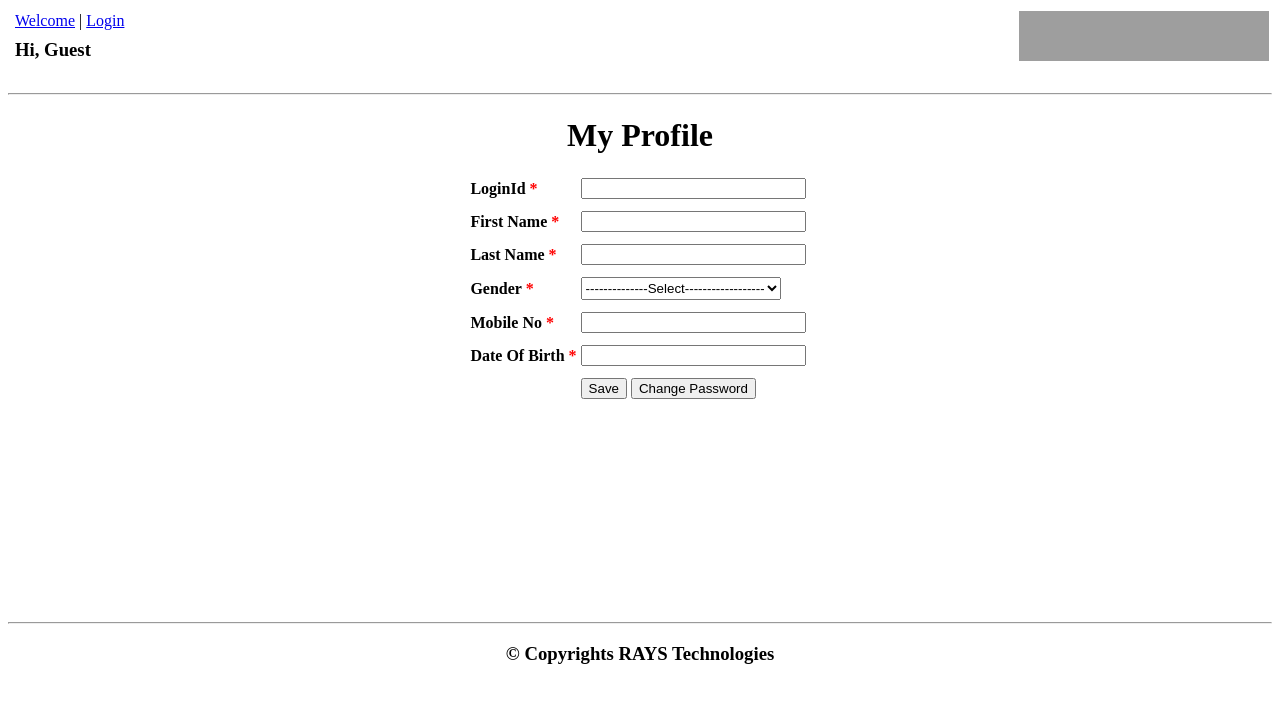
Repository: tanu22s/Project4
Page: http://localhost/ORS_4/jsp/MyProfileView.jsp
These files come from the project's save history. The page is drawn as it stood at one moment and after the next save; the edit follows.
The browser window is 1280 px wide. The pictures show the whole page.
Pictures or frames that could not be fetched are drawn as grey boxes. The page is served by Tomcat 9. Other server files are loaded and not shown.

Above is the page before, as saved 2021-12-02 08:21:07.

### Project04/ORS_4/src/main/webapp/jsp/MyProfileView.jsp
<%@page import="java.util.HashMap"%>
<%@page import="in.co.rays.ors.util.HTMLUtility"%>
<%@page import="in.co.rays.ors.util.DataUtility"%>
<%@page import="in.co.rays.ors.util.ServletUtility"%>
<%@page import="in.co.rays.ors.controller.MyProfileCtl"%>
<%@ page language="java" contentType="text/html; charset=ISO-8859-1"
    pageEncoding="ISO-8859-1"%>
<html>
<head>
<link rel="icon" type="image/png" href="<%=ORSView.APP_CONTEXT%>/img/logo.png" sizes="16*16"/>
<title> My Profile</title>

</head>
<body>
        <jsp:useBean id="bean" class="in.co.rays.ors.bean.UserBean" scope="request"></jsp:useBean>
<form action="<%=ORSView.MY_PROFILE_CTL%>" method="post">

	 <%@ include file="Header.jsp"%>
<center>

            <input type="hidden" name="id" value="<%=bean.getId()%>">
            <input type="hidden" name="createdBy" value="<%=bean.getCreatedBy()%>">
            <input type="hidden" name="modifiedBy" value="<%=bean.getModifiedBy()%>">
            <input type="hidden" name="createdDatetime" value="<%=DataUtility.getTimestamp(bean.getCreatedDatetime())%>">
            <input type="hidden" name="modifiedDatetime" value="<%=DataUtility.getTimestamp(bean.getModifiedDatetime())%>">



     <div align="center">
                <h1>My Profile</h1>
            <H2><font color="red"> <%=ServletUtility.getErrorMessage(request)%></font></H2>
            <H2><font color="green"> <%=ServletUtility.getSuccessMessage(request)%></font></H2>
     </div>
            <table style="font-size: 16px">
                <tr>
                    <th align="left">LoginId <span style="color: red">*</span></th>
                    <td><input type="text" name="login" readonly="readonly" size="25" value="<%=DataUtility.getStringData(bean.getLogin())%>"readonly="readonly"></td>
                   <td style="position: fixed"> <font  color="red"> <%=ServletUtility.getErrorMessage("login", request)%></font></td>
                </tr>

	<tr><th style="padding: 3px"></th></tr>

                <tr>
                    <th align="left" >First Name <span style="color: red">*</span></th>
                    <td><input type="text" name="firstName" size="25"  value="<%=DataUtility.getStringData(bean.getFirstName())%>">
                   </td><td style="position: fixed"> <font color="red"> <%=ServletUtility.getErrorMessage("firstName", request)%></font></td>
                </tr>

    <tr><th style="padding: 3px"></th></tr>
                <tr>
                    <th align="left">Last Name <span style="color: red">*</span></th>
                    <td><input type="text" name="lastName" size="25"  value="<%=DataUtility.getStringData(bean.getLastName())%>">
                   </td><td style="position: fixed"> <font  color="red"> <%=ServletUtility.getErrorMessage("lastName", request)%></font></td>
                </tr>
   <tr><th style="padding: 3px"></th></tr>
                <tr>
                    <th align="left">Gender <span style="color: red">*</span></th>
                    <td>
                        <%
                            HashMap map = new HashMap();
                            map.put("Male", "Male");
                            map.put("Female", "Female");

                        %> <%=HTMLUtility.getList("gender", bean.getGender(),map)%>
                    </td>
                    <td style="position: fixed"> <font  color="red"> <%=ServletUtility.getErrorMessage("gender", request)%></font></td>
                </tr>
    <tr><th style="padding: 3px"></th></tr>
                <tr>
                    <th align="left">Mobile No <span style="color: red">*</span></th>
                    <td><input type="text" name="mobileNo" size="25" maxlength="10" value="<%=DataUtility.getStringData(bean.getMobileNo())%>"></td>

					<td style="position: fixed"><font color="red"> <%=ServletUtility.getErrorMessage("mobileNo", request)%></font></td>
                </tr>
<tr><th style="padding: 3px"></th></tr>
                <tr>
                    <th align="left">Date Of Birth <span style="color: red">*</span></th>
                    <td><input type="text" name="dob" readonly="readonly" size="25" value="<%=DataUtility.getDateString(bean.getDob())%>">

                    </td><td><font style="position: fixed" ; color="red"> <%=ServletUtility.getErrorMessage("dob", request)%></font></td>
                </tr>
   <tr><th style="padding: 3px"></th></tr>
                <tr> <th></th><td colspan="2">

                    <input type="submit" name="operation" value="<%=MyProfileCtl.OP_SAVE %>">

                    <input type="submit" name="operation" value="<%=MyProfileCtl.OP_CHANGE_MY_PASSWORD %>">

                    </td>
                </tr>
            </table>

    </form>
    </center>
    <%@ include file="Footer.jsp"%>
</body>
</html>

### Project04/ORS_4/src/main/webapp/jsp/Header.jsp
<!DOCTYPE html>
<%-- <%@page import="in.co.rays.ors.controller.LoginCtl"%> --%>
<%@ page import ="in.co.rays.ors.controller.LoginCtl" %>
<%@page import="in.co.rays.ors.bean.RoleBean"%>
<%@page import="in.co.rays.ors.bean.UserBean"%>
<%@page import="in.co.rays.ors.controller.ORSView"%>
<%@ page language="java" contentType="text/html; charset=ISO-8859-1"
    pageEncoding="ISO-8859-1"%>
<html>
<HEAD>
	<style>
	form{ height:85%!important;}

	</style>
</HEAD>
<body >
	<%
    UserBean userBean = (UserBean)session.getAttribute("user");
    boolean userLoggedIn = userBean != null;
    String welcomeMsg = "Hi, ";
    if (userLoggedIn) {
        String role = (String)session.getAttribute("role");
        welcomeMsg += userBean.getFirstName() + " (" + role + ")";
    } else {
        welcomeMsg += "Guest";
    }
	%>

<table >
    <tr ><th></th>
       <td width="90%" >
       <a href="<%=ORSView.WELCOME_CTL%>">Welcome</b></a> |
            	<%
            		if (userLoggedIn) {
      		 	 %>
       <a href=" <%=ORSView.LOGIN_CTL%>?operation=<%=LoginCtl.OP_LOG_OUT%>">Logout</b></a>

            <%
                } else {
            %>
            <a href="<%=ORSView.LOGIN_CTL%>">Login</b></a>
            <%
  			   }
			 %>
 		</td>
        <td rowspan="2" >
            <h1 align="right" >
                <img src= "<%=ORSView.APP_CONTEXT %>/img/Logo.jpg"  width="250" height="50">
            </h1>
        </td>
    </tr>

    <tr><th></th>
      <td>
        <h3><%=welcomeMsg%></h3>
      </td>
    </tr>

    <%
        if (userLoggedIn) {
    %>

    <tr><th></th>
        <td colspan="2" >
        <font style="font-size: 18px">

        <a href="<%=ORSView.MY_PROFILE_CTL%>">MyProfile</b></a> |
         <a href="<%=ORSView.CHANGE_PASSWORD_CTL%>">Change Password</b></a> |
       	 <a href="<%=ORSView.GET_MARKSHEET_CTL%>">Get Marksheet</b></a> |
       	 <a href="<%=ORSView.MARKSHEET_MERIT_LIST_CTL%>">Marksheet MeritList</b></a> |

        <%
            if (userBean.getRoleId() == RoleBean.ADMIN) {
        %>

        <a href="<%=ORSView.MARKSHEET_CTL%>">Add Marksheet</b></a> |
        <a href="<%=ORSView.MARKSHEET_LIST_CTL%>">Marksheet List</b></a> |
        <a href="<%=ORSView.USER_CTL%>">Add User</b></a> |
        <a href="<%=ORSView.USER_LIST_CTL%>">User List</b></a> |
        <a href="<%=ORSView.COLLEGE_CTL%>">Add College</b></a> |
        <a href="<%=ORSView.COLLEGE_LIST_CTL%>">College List</b></a> |
        <a href="<%=ORSView.ROLE_CTL%>">Add Role</b></a> |
        <a href="<%=ORSView.ROLE_LIST_CTL%>">Role List</b></a> |
        <br>
        <a href="<%=ORSView.STUDENT_CTL%>">Add Student</b></a> |
        <a href="<%=ORSView.STUDENT_LIST_CTL%>">Student List</b></a> |
        <a href="<%=ORSView.COURSE_CTL %>" >Add Course</b></a> |
        <a href="<%=ORSView.COURSE_LIST_CTL %>">Course List</b></a> |
        <a href="<%=ORSView.SUBJECT_CTL %>" >Add Subject</b></a> |
        <a href="<%=ORSView.SUBJECT_LIST_CTL %>">Subject List</b></a> |
        <a href="<%=ORSView.FACULTY_CTL %>" >Add Faculty</b></a> |
        <a href="<%=ORSView.FACULTY_LIST_CTL %>">Faculty List</b></a> |
        <a href="<%=ORSView.TIMETABLE_CTL %>" >Add TimeTable</b></a> |
        <a href="<%=ORSView.TIMETABLE_LIST_CTL %>">TimeTable List</b></a> |
        <a target="blank" href="<%=ORSView.JAVA_DOC_VIEW%>">Java Doc</b></a> |
       <%
     		}
 		%>
 		 <%
            if (userBean.getRoleId() == RoleBean.STUDENT) {
        %>

        <a href="<%=ORSView.COLLEGE_LIST_CTL%>">College List</b></a> |
        <a href="<%=ORSView.STUDENT_LIST_CTL%>">Student List</b></a> |
        <a href="<%=ORSView.COURSE_LIST_CTL %>">Course List</b></a> |
        <a href="<%=ORSView.SUBJECT_LIST_CTL %>">Subject List</b></a> |
        <a href="<%=ORSView.FACULTY_LIST_CTL %>">Faculty List</b></a> |
        <a href="<%=ORSView.TIMETABLE_LIST_CTL %>">TimeTable List</b></a> |
       <%
     		}
 		%>

 		<%
            if (userBean.getRoleId() == RoleBean.KIOSK) {
        %>
        <a href="<%=ORSView.COLLEGE_LIST_CTL%>">College List</b></a> |
        <a href="<%=ORSView.TIMETABLE_LIST_CTL %>">TimeTable List</b></a> |
        <a href="<%=ORSView.COURSE_LIST_CTL %>">Course List</b></a> |
       <%
     		}
 		%>
 		 <%
            if (userBean.getRoleId() == RoleBean.FACULTY) {
            System.out.println("======>><><>"+userBean.getRoleId());
        %>

        <a href="<%=ORSView.MARKSHEET_CTL%>">Add Marksheet</b></a> |
        <a href="<%=ORSView.MARKSHEET_LIST_CTL%>">Marksheet List</b></a> |
        <a href="<%=ORSView.COLLEGE_LIST_CTL%>">College List</b></a> |
        <a href="<%=ORSView.STUDENT_CTL%>">Add Student</b></a> |
        <a href="<%=ORSView.STUDENT_LIST_CTL%>">Student List</b></a> |
        <a href="<%=ORSView.COURSE_LIST_CTL %>">Course List</b></a> |
        <a href="<%=ORSView.SUBJECT_CTL %>" >Add Subject</b></a> |
        <br>
        <a href="<%=ORSView.SUBJECT_LIST_CTL %>">Subject List</b></a> |
        <a href="<%=ORSView.TIMETABLE_CTL %>" >Add TimeTable</b></a> |
        <a href="<%=ORSView.TIMETABLE_LIST_CTL %>">TimeTable List</b></a> |
       <%
     		}
 		%>
 		 <%
            if (userBean.getRoleId() == RoleBean.COLLEGE) {
           System.out.println("======>><><>"+userBean.getRoleId());
          %>

        <a href="<%=ORSView.MARKSHEET_CTL%>">Add Marksheet</b></a> |
        <a href="<%=ORSView.MARKSHEET_LIST_CTL%>">Marksheet List</b></a> |
        <a href="<%=ORSView.STUDENT_CTL%>">Add Student</b></a> |
        <a href="<%=ORSView.STUDENT_LIST_CTL%>">Student List</b></a> |
        <a href="<%=ORSView.FACULTY_LIST_CTL %>">Faculty List</b></a> |
        <a href="<%=ORSView.TIMETABLE_LIST_CTL %>">TimeTable List</b></a> |
        <a href="<%=ORSView.COURSE_LIST_CTL %>">Course List</b></a> |
       <%
     		}
 		%>

 		</font>
 		</td>
    </tr>
    	<%
        	}
   		 %>
</table>
<hr>
</body>
</html>

### Project04/ORS_4/src/main/webapp/jsp/Footer.jsp
	<%@ page language="java" contentType="text/html; charset=ISO-8859-1"
    pageEncoding="ISO-8859-1"%>
<html>
<head>
<style >
.footer{
position: relative;
  left: 0;
  bottom: 0;
  width: 100%;
  background-color: white;
  color: black;
  text-align: center;
  }</style>
</head>
<body>
<div class = "footer">
<HR>
    <H3>&copy; Copyrights RAYS Technologies</H3>
</div>
</body>
</html>

### Project04/ORS_4/src/main/java/in/co/rays/ors/util/DataUtility.java
package in.co.rays.ors.util;

import java.sql.Timestamp;
import java.text.SimpleDateFormat;
import java.util.Date;

/**

 * @author Tanvi
 * @Version:(4.14.0)

 */

public class DataUtility {

    /**
     * Application Date Format
     */
    public static final String APP_DATE_FORMAT = "dd-MM-yyyy";
    public static final String APP_TIME_FORMAT = "MM/dd/yyyy HH:mm:ss";

    /**
     * Date formatter
     */
    private static final SimpleDateFormat formatter = new SimpleDateFormat(
            APP_DATE_FORMAT);

    private static final SimpleDateFormat timeFormatter = new SimpleDateFormat(
            APP_TIME_FORMAT);

    /**
     * Trims and trailing and leading spaces of a String
     *
     * @param val
     * @return
     */
    public static String getString(String val) {
        if (DataValidator.isNotNull(val)) {
            return val.trim();
        } else {
            return val;
        }
    }

    /**
     * Converts and Object to String
     *
     * @param val
     * @return
     */
    public static String getStringData(Object val) {
        if (val != null) {
            return val.toString();
        } else {
            return "";
        }
    }

    /**
     * Converts String into Integer
     *
     * @param val
     * @return
     */
    public static int getInt(String val) {
    //    System.out.println("datautility..........."+val);
    	if (DataValidator.isInteger(val)) {
    //		System.out.println("property reader val 1 ....."+ val);
            return Integer.parseInt(val);

        } else {
            return 0;
        }
    }

    /**
     * Converts String into Long
     *
     * @param val
     * @return
     */
    public static long getLong(String val) {
        if (DataValidator.isLong(val)) {
            return Long.parseLong(val);
        } else {
            return 0;
        }
    }

    /**
     * Converts String into Date
     *
     * @param val
     * @return
     */
    public static Date getDate(String val) {
        Date date = null;
        try {
            date = formatter.parse(val);
        } catch (Exception e) {

        }
        return date;
    }

    /**
     * Converts Date into String
     *
     * @param date
     * @return
     */
    public static String getDateString(Date date) {
        try {
            return formatter.format(date);
        } catch (Exception e) {
        }
        return "";
    }

    /**
     * Gets date after n number of days
     *
     * @param date
     * @param day
     * @return
     */
    public static Date getDate(Date date, int day) {
        return null;
    }

    /**
     * Converts String into Time
     *
     * @param val
     * @return
     */
    public static Timestamp getTimestamp(String val) {

        Timestamp timeStamp = null;
        try {
            timeStamp = new Timestamp((timeFormatter.parse(val)).getTime());
        } catch (Exception e) {
            return null;
        }
        return timeStamp;
    }

    public static Timestamp getTimestamp(long l) {

        Timestamp timeStamp = null;
        try {
            timeStamp = new Timestamp(l);
        } catch (Exception e) {
            return null;
        }
        return timeStamp;
    }

    public static Timestamp getCurrentTimestamp() {
        Timestamp timeStamp = null;
        try {
            timeStamp = new Timestamp(new Date().getTime());
        } catch (Exception e) {
        }
        return timeStamp;

    }

    public static long getTimestamp(Timestamp tm) {
        try {
            return tm.getTime();
        } catch (Exception e) {
            return 0;
        }
    }

    public static void main(String[] args) {
        System.out.println(getInt("124"));
    }

}

### Project04/ORS_4/src/main/java/in/co/rays/ors/util/ServletUtility.java
package in.co.rays.ors.util;

import java.io.IOException;
import java.util.Enumeration;
import java.util.List;

import javax.servlet.RequestDispatcher;
import javax.servlet.ServletException;
import javax.servlet.http.HttpServletRequest;
import javax.servlet.http.HttpServletResponse;

import in.co.rays.ors.bean.BaseBean;
import in.co.rays.ors.controller.BaseCtl;
import in.co.rays.ors.controller.ORSView;
import in.co.rays.ors.model.AppRole;
import in.co.rays.ors.model.BaseModel;
import in.co.rays.ors.model.UserModel;

/**
 * This class provides utility operation for Servlet container like forward,
 * redirect, handle generic exception, manage success and error message, manage
 * default Bean and List, manage pagination parameters
 *
 * @author Tanvi
 * @Version:(4.14.0)

 */

public class ServletUtility {

    /**
     * Forward to given JSP/Servlet
     *
     * @param page
     * @param request
     * @param response
     * @throws IOException
     * @throws ServletException
     */
    public static void forward(String page, HttpServletRequest request,
            HttpServletResponse response) throws IOException, ServletException {
        RequestDispatcher rd = request.getRequestDispatcher(page);
        rd.forward(request, response);
    }

/*    *//**
     * Forward to Layout View
     *
     * @param page
     * @param request
     * @param response
     * @throws IOException
     * @throws ServletException
     *//*
    public static void forwardView(String page, HttpServletRequest request,
            HttpServletResponse response) throws IOException, ServletException {

        request.setAttribute("bodyPage", page);
        RequestDispatcher rd = request
                .getRequestDispatcher(ORSView.LAYOUT_VIEW);
        rd.forward(request, response);
    }
*/
    /**
     * Redirect to given JSP/Servlet
     *
     * @param page
     * @param request
     * @param response
     * @throws IOException
     * @throws ServletException
     */
    public static void redirect(String page, HttpServletRequest request,
            HttpServletResponse response) throws IOException, ServletException {
        response.sendRedirect(page);
    }

    /**
     * Redirect to Application Error Handler Page
     *
     * @param e
     * @param request
     * @param response
     * @throws IOException
     * @throws ServletException
     */
    public static void handleException(Exception e, HttpServletRequest request,
            HttpServletResponse response) throws IOException, ServletException {
            System.out.println("servlet ulitity error ctl------------>");
    	request.setAttribute("exception", e);
        response.sendRedirect(ORSView.ERROR_CTL);

    }



    /**
     * Gets error message from request
     *
     * @param property
     * @param request
     * @return
     */
    public static String getErrorMessage(String property,HttpServletRequest request) {

        String val = (String) request.getAttribute(property);
        if (val == null) {
            return "";
        } else {
            return val;
        }
    }

/*    *//**
     * returns all input error messages
     *
     * @deprecated Use HTMLUtil method instead
     * @param request
     * @return
     *//*
    public static String getErrorMessageHtml(HttpServletRequest request) {

        Enumeration<String> e = request.getAttributeNames();

        StringBuffer sb = new StringBuffer("<UL>");
        String name = null;

        while (e.hasMoreElements()) {
            name = e.nextElement();
            if (name.startsWith("error.")) {
                sb.append("<LI class='error'>" + request.getAttribute(name)
                        + "</LI>");
            }
        }
        sb.append("</UL>");
        return sb.toString();
    }
*/
/*    */
    /**
     * Gets a message from request
     *
     * @param property
     * @param request
     * @return
     *//*
    public static String getMessage(String property, HttpServletRequest request) {
        String val = (String) request.getAttribute(property);
        if (val == null) {
            return "";
        } else {
            return val;
        }
    }
*/
    /**
     * Sets error message to request
     *
     * @param msg
     * @param request
     */
    public static void setErrorMessage(String msg, HttpServletRequest request) {
        request.setAttribute(BaseCtl.MSG_ERROR, msg);
    }

    /**
     * Gets error message from request
     *
     * @param request
     * @return
     */
    public static String getErrorMessage(HttpServletRequest request) {
        String val = (String) request.getAttribute(BaseCtl.MSG_ERROR);
        if (val == null) {
            return "";
        } else {
            return val;
        }
    }

    /**
     * Sets success message to request
     *
     * @param msg
     * @param request
     */
    public static void setSuccessMessage(String msg, HttpServletRequest request) {
        request.setAttribute(BaseCtl.MSG_SUCCESS, msg);
    }

    /**
     * Gets success message from request
     *
     * @param request
     * @return
     */
    public static String getSuccessMessage(HttpServletRequest request) {
        String val = (String) request.getAttribute(BaseCtl.MSG_SUCCESS);
        if (val == null) {
            return "";
        } else {
            return val;
        }
    }

/*    public static void setModel(BaseModel model, HttpServletRequest request) {
        request.setAttribute("model", model);
    }
*/
    /**
     * Sets default Bean to request
     *
     * @param bean
     * @param request
     */
    public static void setBean(BaseBean bean, HttpServletRequest request) {
        request.setAttribute("bean", bean);
    }

/*    public static void setUserModel(UserModel model, HttpServletRequest request) {
        request.getSession().setAttribute("user", model);
    }
*/
    /**
     * Gets default bean from request
     *
     * @param request
     * @return
     */

    public static BaseBean getBean(HttpServletRequest request) {
        return (BaseBean) request.getAttribute("bean");
    }

/*    public static boolean isLoggedIn(HttpServletRequest request) {
        UserModel model = (UserModel) request.getSession().getAttribute("user");
        return model != null;
    }

*//*    *//**
     * Returns logged in user role
     *
     * @param request
     * @return
     *//*

    public static long getRole(HttpServletRequest request) {
        UserModel model = (UserModel) request.getSession().getAttribute("user");
        if (model != null) {
            return model.getRoleId();
        } else {
            return AppRole.STUDENT;
        }
    }
*/
/*    *//**
     * gets Model from request scope
     *
     * @param request
     * @return
     *//*
    public static BaseModel getModel(HttpServletRequest request) {
        return (BaseModel) request.getAttribute("model");
    }
*/
    /**
     * Get request parameter to display. If value is null then return empty
     * string
     *
     * @param property
     * @param request
     * @return
     */

    public static String getParameter(String property,
            HttpServletRequest request) {
        String val = (String) request.getParameter(property);
        if (val == null) {
            return "";
        } else {
            return val;
        }
    }

    /**
     * Sets default List to request
     *
     * @param list
     * @param request
     */
    public static void setList(List list, HttpServletRequest request) {
        request.setAttribute("list", list);
    }

    /**
     * Gets default list from request
     *
     * @param request
     * @return
     */
    public static List getList(HttpServletRequest request) {
        return (List) request.getAttribute("list");
    }

    /**
     * Sets Page Number for List pages
     *
     * @param pageNo
     * @param request
     */
    public static void setPageNo(int pageNo, HttpServletRequest request) {
        request.setAttribute("pageNo", pageNo);
    }

    /**
     * Gets Page Number for List pages
     *
     * @param request
     * @return
     */
    public static int getPageNo(HttpServletRequest request) {
        return (Integer)request.getAttribute("pageNo");
    }

    /**
     * Sets Page Size for list pages
     *
     * @param pageSize
     * @param request
     */
    public static void setPageSize(int pageSize, HttpServletRequest request) {
        request.setAttribute("pageSize", pageSize);
    }

    /**
     * Gets Page Size for List pages
     *
     * @param request
     * @return
     */
    public static int getPageSize(HttpServletRequest request) {
        return (Integer) request.getAttribute("pageSize");
    }

}

Loaded but not shown: Project04/ORS_4/src/main/java/in/co/rays/ors/util/HTMLUtility.java (309 lines, source omitted)

After the next save:
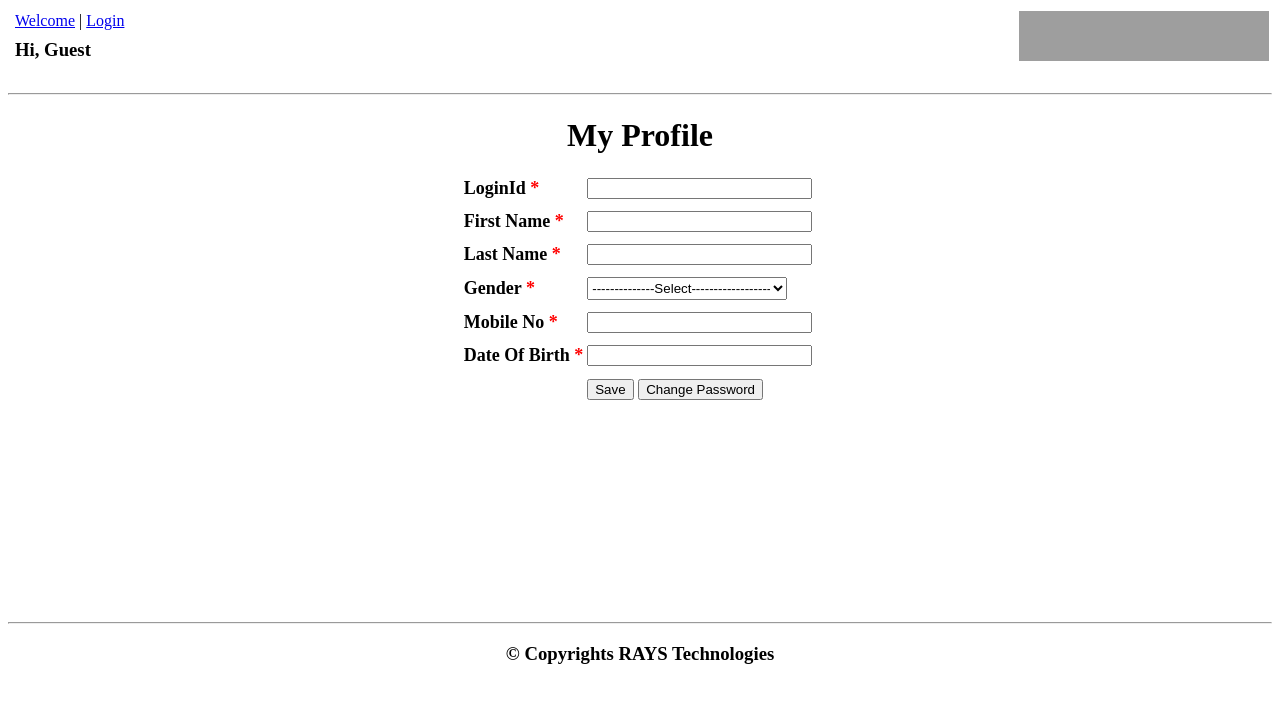
Saved 36 s later.
--- a/Project04/ORS_4/src/main/webapp/jsp/MyProfileView.jsp
+++ b/Project04/ORS_4/src/main/webapp/jsp/MyProfileView.jsp
@@ -31,7 +31,7 @@
             <H2><font color="red"> <%=ServletUtility.getErrorMessage(request)%></font></H2>
             <H2><font color="green"> <%=ServletUtility.getSuccessMessage(request)%></font></H2>
      </div>
-            <table style="font-size: 16px">
+            <table style="font-size: 18px">
                 <tr>
                     <th align="left">LoginId <span style="color: red">*</span></th>
                     <td><input type="text" name="login" readonly="readonly" size="25" value="<%=DataUtility.getStringData(bean.getLogin())%>"readonly="readonly"></td>
